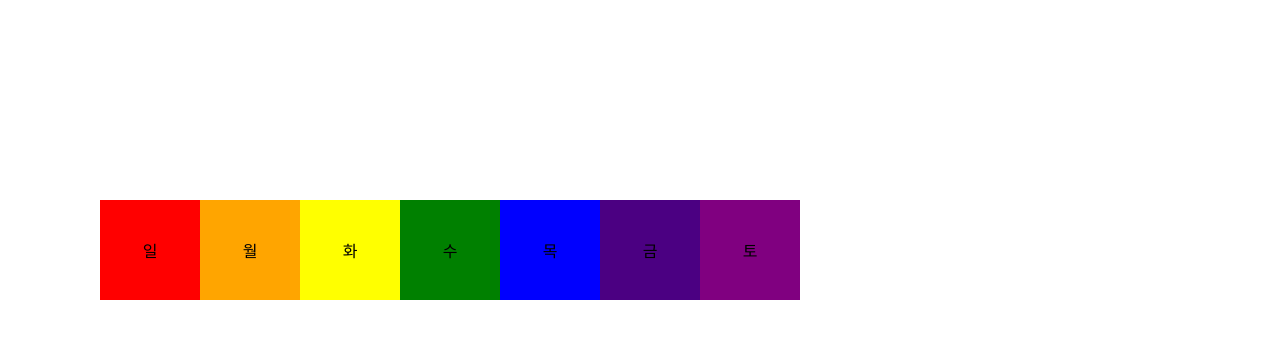
Repository: cdj6995/Web
Page: Lecture-Web/src/main/webapp/jquery/homework.html
The author's editor kept a copy of each file at every save. The page is drawn from the files as they stood at one save, then again after the next save.
The browser window is 1280 px wide. The pictures show the whole page.

Above is the page before, as saved 2022-05-30 10:46:13.

After the next save:
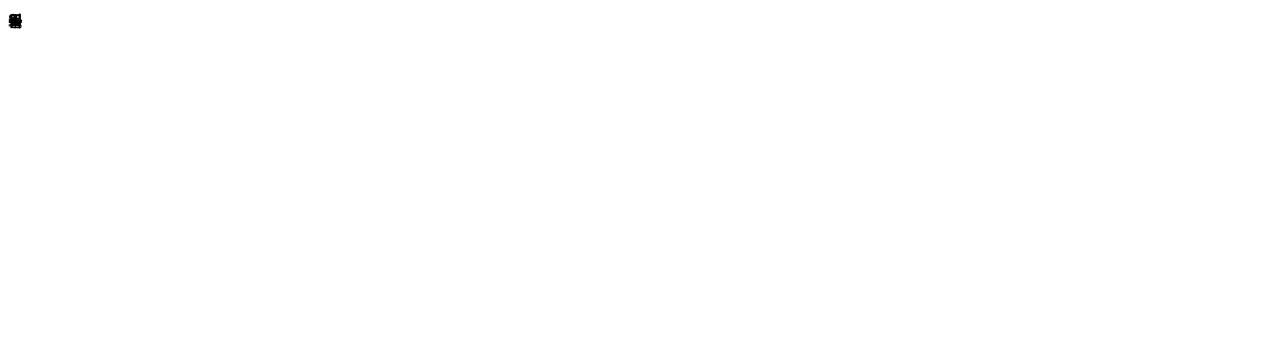
Console error: SyntaxError: Unexpected string
Saved 99 s later.
--- a/Lecture-Web/src/main/webapp/jquery/homework.html
+++ b/Lecture-Web/src/main/webapp/jquery/homework.html
@@ -69,7 +69,8 @@
 			$('div').mouseenter(function(){
 				$(this).css({'width' : '150px',
 						'height' : '150px',
-						'font-size' : '21px'})
+						'font-size' : '21px'
+						'z-index' : '1'})
 				$(this).append("요일")
 
 			})

After the save that followed:
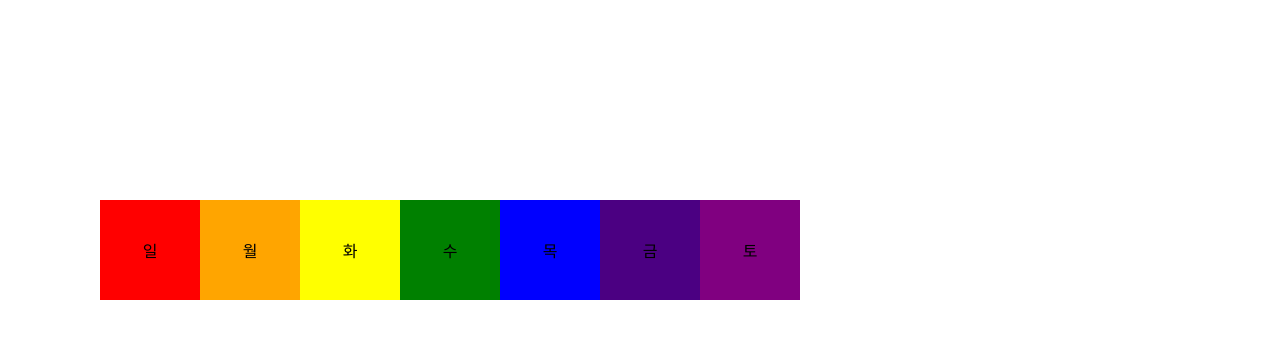
The error is gone.
Saved 23 s later.
--- a/Lecture-Web/src/main/webapp/jquery/homework.html
+++ b/Lecture-Web/src/main/webapp/jquery/homework.html
@@ -69,7 +69,7 @@
 			$('div').mouseenter(function(){
 				$(this).css({'width' : '150px',
 						'height' : '150px',
-						'font-size' : '21px'
+						'font-size' : '21px',
 						'z-index' : '1'})
 				$(this).append("요일")
 
